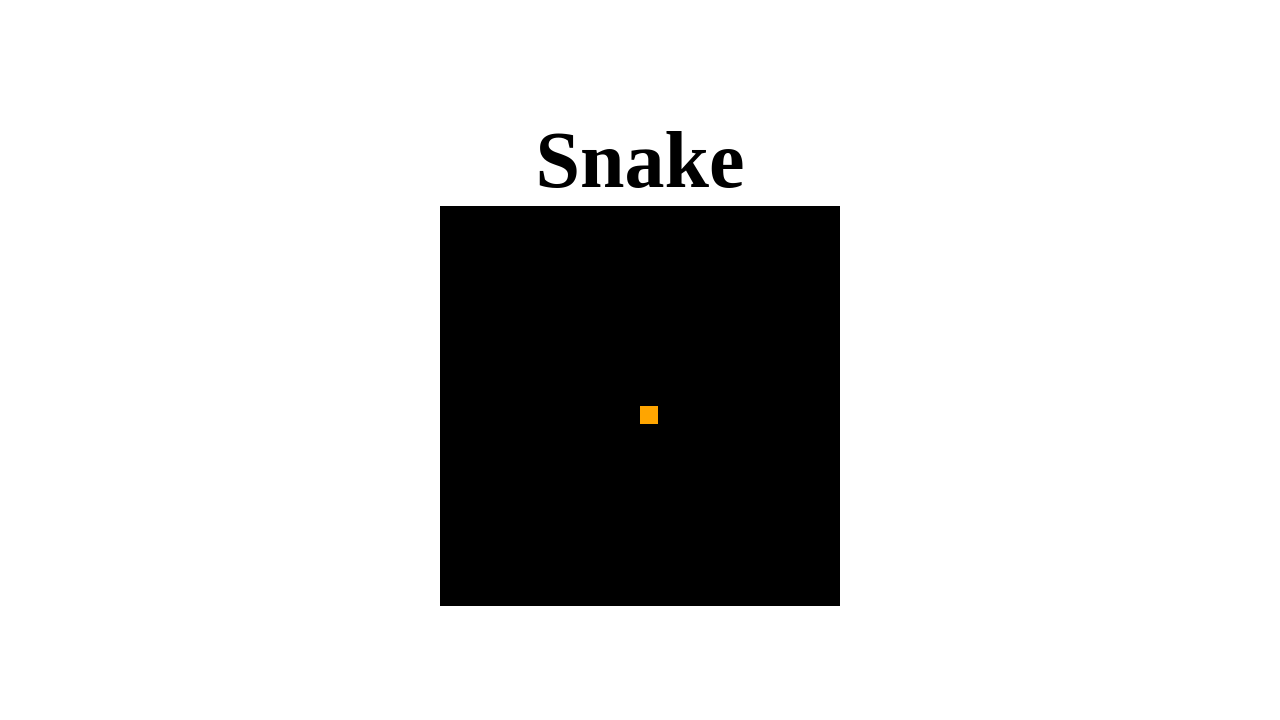
Repository: Ellisvelandia/snake
Page: index.html
The author's editor kept a copy of each file at every save. The page is drawn from the files as they stood at one save, then again after a run of saves.
The browser window is 1280 px wide. The pictures show the whole page.

Above is the page before, as saved 2022-08-26 23:45:50.

After the next 6 saves:
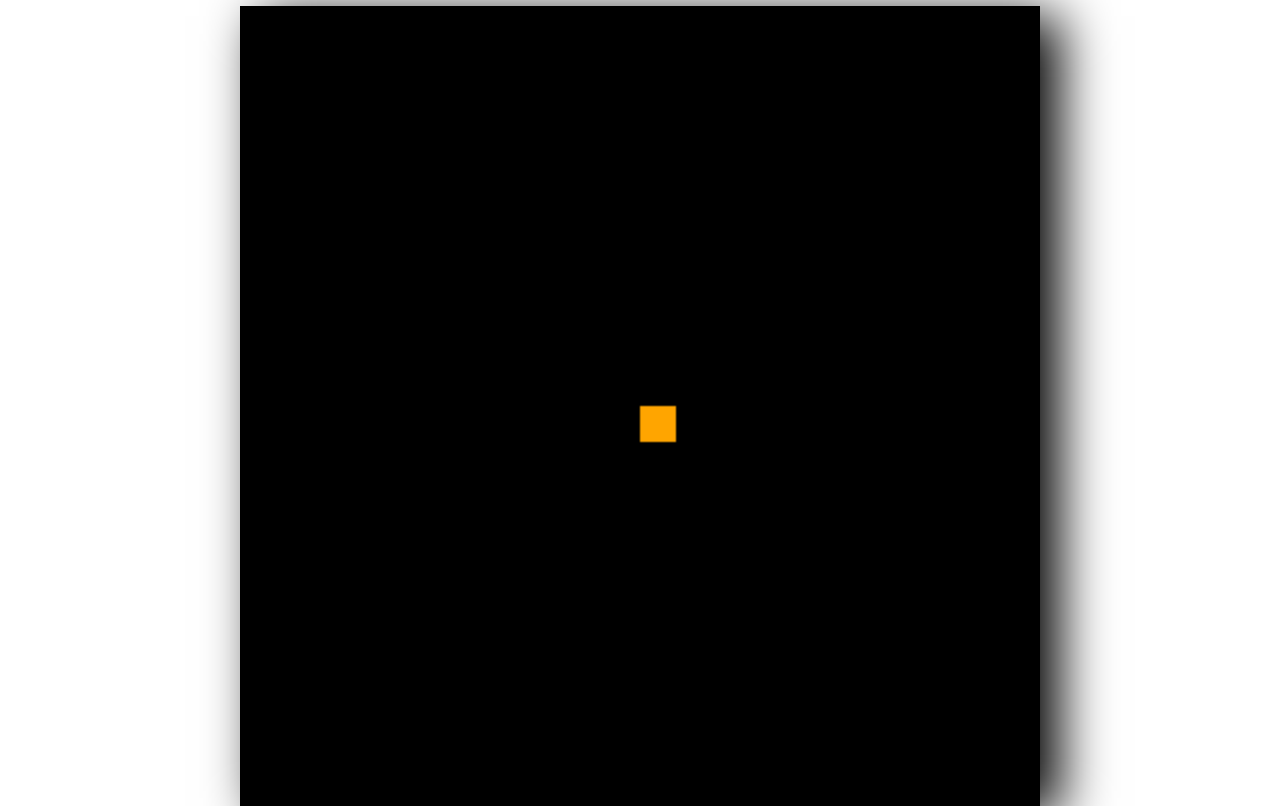
The 6 saves are shown as one change because they came seconds apart.
The last was saved 15 s later.
--- a/style.css
+++ b/style.css
@@ -19,6 +19,7 @@ h1 {
   font-size: 5rem;
 }
 canvas {
-  wi
+  width: 800px;
+  height: 800px;
   box-shadow: #000 20px 10px 50px;
 }
